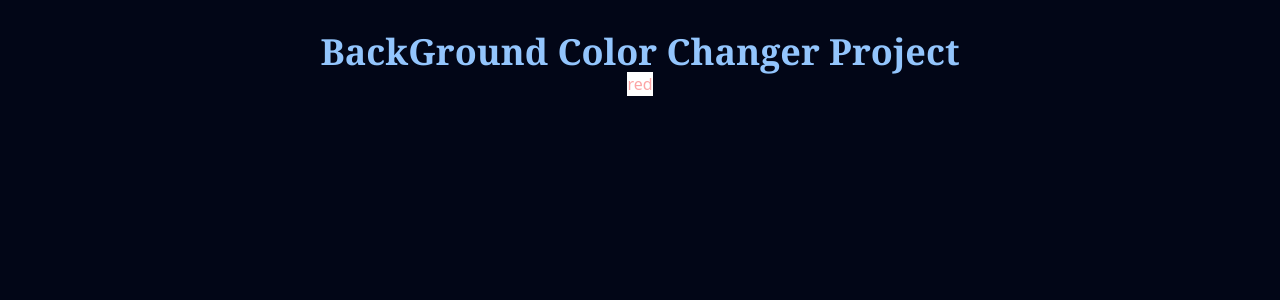
Repository: ChaitanyMishra/react-daily-work
Page: / (app in day-04-react/bg_color_changer/)
An editor plug-in stored every save of this project. The page is shown before and after a run of saves, followed by the edit.
The browser window is 1280 px wide. The pictures show the whole page.
The project was rebuilt for these pictures with package versions that can differ from the ones it lists, and the page was loaded fresh each time. Also part of the build but not shown: day-04-react/bg_color_changer/vite.config.js.

Above is the page before, as saved 2025-06-20 16:46:40.

After the next 2 saves:
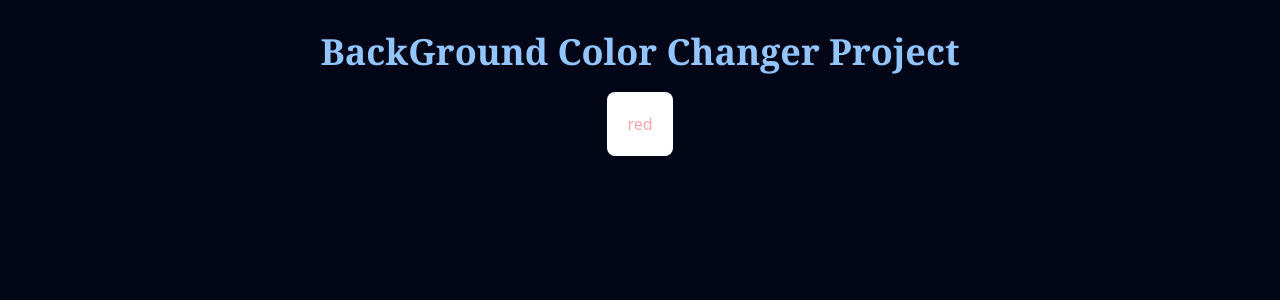
The 2 saves are shown as one change because they came seconds apart.
The last was saved 9 s later.
--- a/day-04-react/bg_color_changer/src/App.jsx
+++ b/day-04-react/bg_color_changer/src/App.jsx
@@ -9,7 +9,7 @@ function App() {
   return (
     <>
     <h1 className='text-4xl font-serif font-bold text-blue-300 '>BackGround Color Changer Project</h1>
-     <button className="bg-white text-red-300 m-">red</button>
+     <button className="bg-white text-red-300 m-5 p-5 rounded-lg">red</button>
     <ColorChangeButton />
     </>
   )
